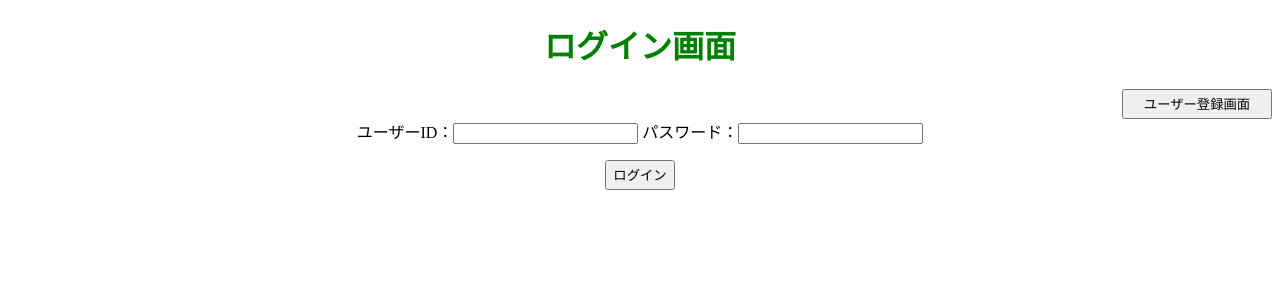
Repository: yasu-0719/Python_Flask
Page: http://localhost/
The author's editor kept a record of every edit. The page is drawn from the files as they stood at one moment, then again after the next edit.
The browser window is 1280 px wide. The pictures show the whole page.
The page is served by the project's application, run on Flask 3 (Python_Flask/app/.~c9_invoke_ByRo0i.py).

Above is the page before.

After the next edit:
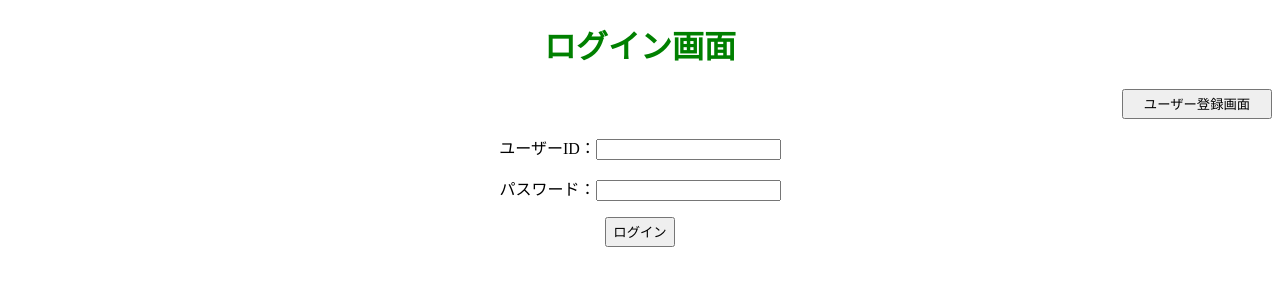
The edit:
--- a/Python_Flask/app/templates/login.html
+++ b/Python_Flask/app/templates/login.html
@@ -14,11 +14,9 @@
         <input type="submit" value="ユーザー登録画面" name="users_register" style="height:30px;width:150px;">
     </form>
     <form action="/login" method="POST" style="text-align:center;">
-        ユーザーID：<input type="text" value="" name="user_id">
-        パスワード：<input type="text" value="" name="password">
-        <p>
-            <input type="submit" value="ログイン" name="login" style="text-align:center;height:30px;width:70px;">
-        </p>
+        <p>ユーザーID：<input type="text" value="" name="user_id"></p>
+        <p>パスワード：<input type="text" value="" name="password"></p>
+        <p><input type="submit" value="ログイン" name="login" style="text-align:center;height:30px;width:70px;"></p>
     </form>
     </body>
 </html>
